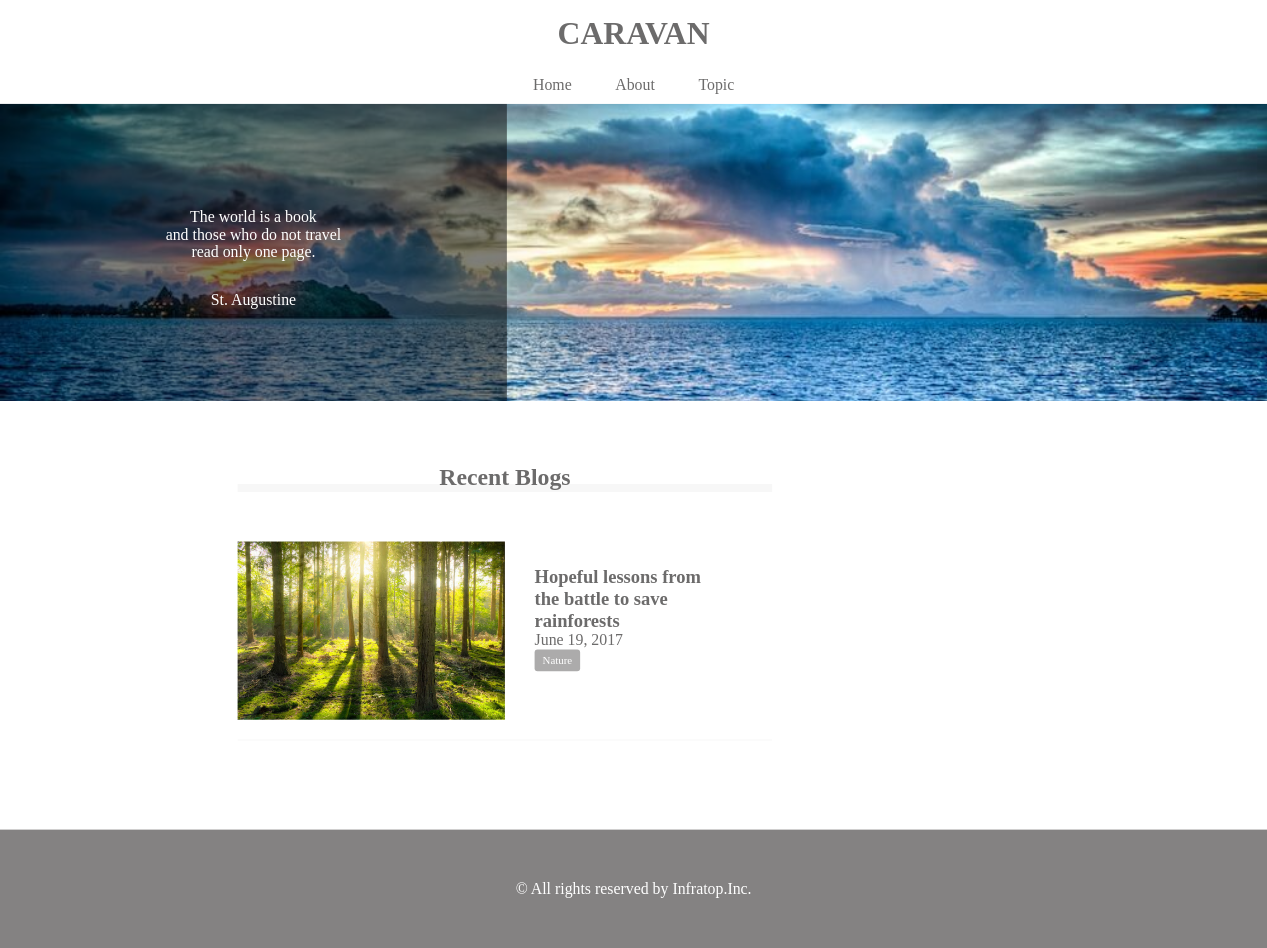
Repository: ayakodesu/html-practice
Page: caravan/index.html
The author's editor kept a record of every edit. The page is drawn from the files as they stood at one moment, then again after the next edit.
The browser window is 1280 px wide. The pictures show the whole page, at 99% of full size.

Above is the page before.

### caravan/index.html
<!DOCTYPE html>
<html lang="ja">
  <head>
    <meta charset="UTF-8" />
    <link rel="stylesheet" href="style.css" />
    <title>CARAVAN</title>
  </head>

  <body>

    <header>
      <h1 class="heading">
        <a href="index.html">
          CARAVAN
        </a>
      </h1>
    </header>

    <nav>
      <ul class="nav-list">
        <li class="nav-list-item">
          <a href="index.html">Home</a>
        </li>
        <li class="nav-list-item">About</li>
        <li class="nav-list-item">Topic</li>
      </ul>
    </nav>


    <div class="main-visual">
      <div class="main-visual-content">

        <p class="main-visual-text">
          The world is a book<br />
          and those who do not travel<br />
          read only one page.
        </p>
        <p class="main-visual-name">
          St. Augustine
        </p>
        </div>
    </div>

<main>
  <section class="blog">
    <h2 class="blog-heading">Recent Blogs</h2>

    <div class="blog-box">
  <div class="blog-item">
          <img class="blog-image" src="img/forest.jpg">
          <section class="blog-text">
            <h3>
              <a href="single.html">
                Hopeful lessons from<br>
                the battle to save<br>
                rainforests
              </a>
            </h3>
            <p class="blog-date"></p>June 19, 2017</p>
            <span class="category">Nature</span>
          </section>
        </div>

  </section>
  <div class="sidebar"></div>
</main>

      <div class="sidebar"></div>
    </div>

    <footer>
      <p class="footer-text">© All rights reserved by Infratop.Inc.</p>
    </footer>
  </body>
</html>

### caravan/style.css
/* ブラウザがそれぞれ持っているCSSをリセットするための記述*/
 * {
  margin: 0;
  padding: 0;
  box-sizing: border-box;
  color: #6c6b6b;
}

a {
  text-decoration: none;
}

header {
  width: 90%; /* 横幅90% */
  padding: 15px 0;
  margin: 0 auto;
  text-align: center;
}

header .heading { /* headerタグ内のheadingクラスにのみ反映される */
  font-size: 32px;
}

.nav-list {
  text-align: center;
  padding: 10px 0;
  margin: 0 auto;
}

.nav-list-item {
  list-style: none;
  display: inline-block;
  margin: 0 20px;
}

.main-visual {
  width: 100%; /* 横幅いっぱい */
  height: 300px; /* 高さ300px */
   background-image: url(img/mv.jpg);
   background-size: cover;
   background-position: center;
}

.main-visual-content {
  width: 40%;
  height: 300px;
  background-color: rgba( 0, 0, 0, 0.5);
  text-align: center;
  padding-top: 105px;
}

.main-visual-text {
  color: #fff; /* 文字色を白に変更 */
}

.main-visual-name {
  margin-top: 30px; /* 上側の外側の余白 */
  color: #fff; /* 文字色を白に変更 */
}

main {
  width: 800px;
  display:flex;
  justify-content: senter;
  margin: 0 auto;
  padding: 70px 0;
}


.blog {
  width: 540px;
  margin-right: 30px;
}

.blog-heading {
  border-bottom: 8px solid #f7f7f7;
  text-align: center;
  line-height: 0.6;
}

.blog-box {
  padding-top: 50px;
}

.blog-item {
  padding-bottom: 20px;
  margin-bottom: 20px;
  border-bottom: 1px solid #f7f7f7;
  display: flex;
  justify-content: flex-start;
}

.blog-image {
  height: 180px;
}

.blog-text {
  padding: 25px 0 0 30px;
}

.blog-text-heading {
  padding-bottom: 15px;
}



.blog-date {
  font-size: 12px;
  display: inline-block;
}

.category {
  display: inline-block;
  padding: 5px 8px;
  background-color: #acabab;
  border-radius: 3px;
  color: #fff;
  font-size: 11px;
}

.sidebar {
  width: 230px;
}

footer {
  width: 100%;
  height: 120px;
  text-align: center;
  line-height: 120px;
  background-color: #848282;
}

.footer-text {
  color: #fff;
}

After the next edit:
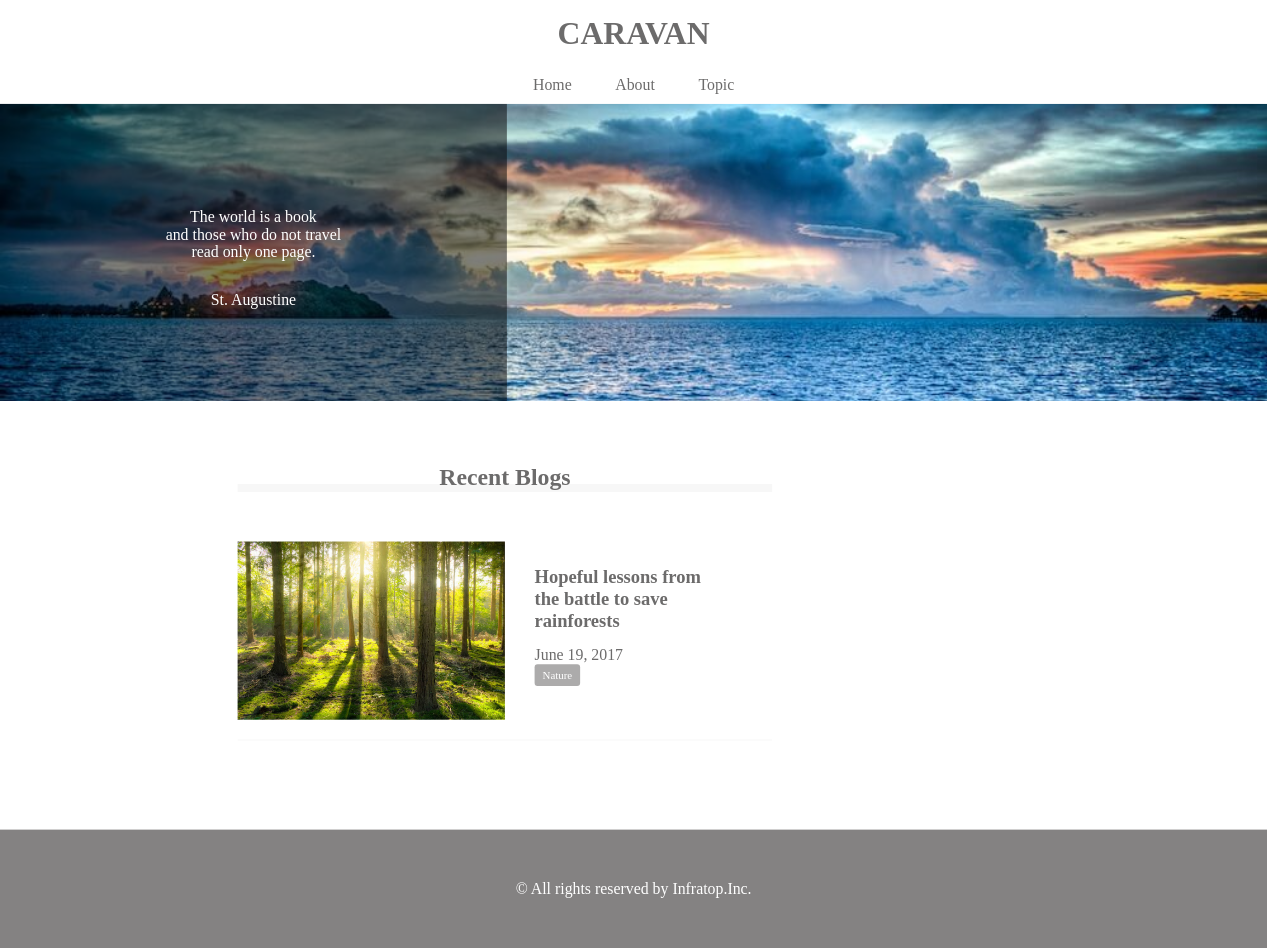
The edit:
--- a/caravan/index.html
+++ b/caravan/index.html
@@ -49,7 +49,7 @@
   <div class="blog-item">
           <img class="blog-image" src="img/forest.jpg">
           <section class="blog-text">
-            <h3>
+            <h3 class="blog-text-heading">
               <a href="single.html">
                 Hopeful lessons from<br>
                 the battle to save<br>
